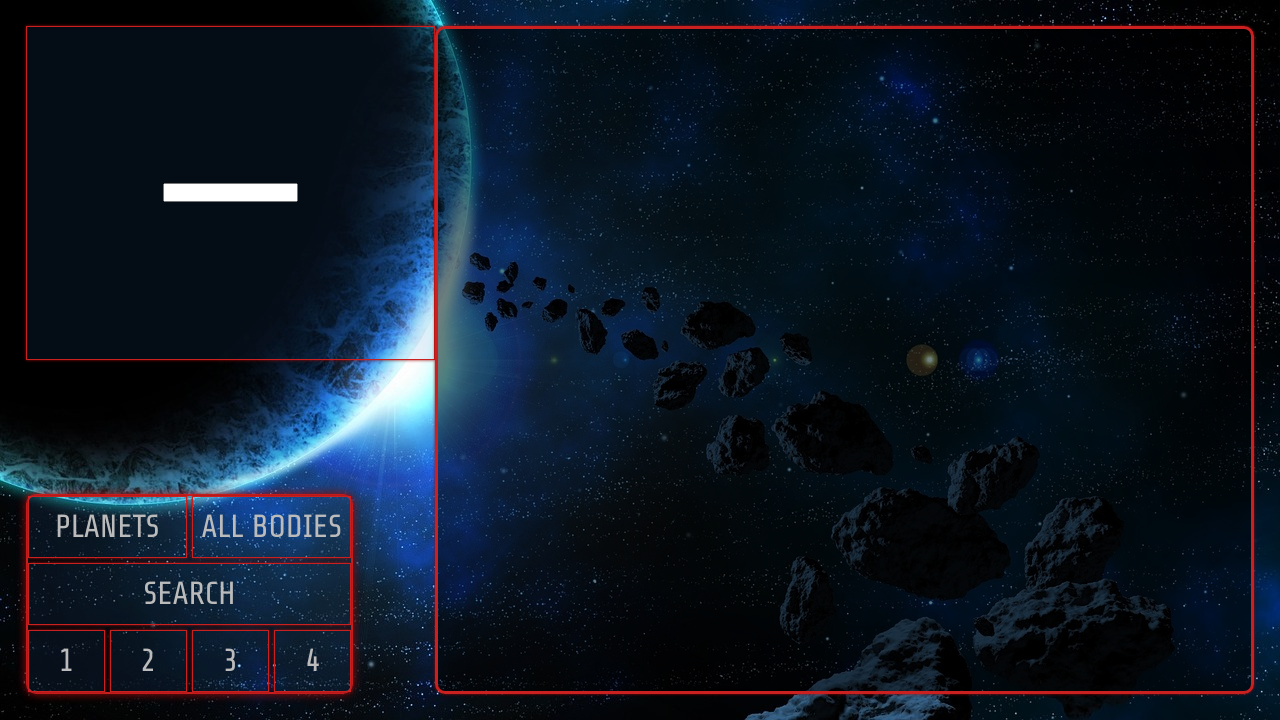
Repository: Przemek-Szadkowski/space-bodies
Page: /
These files come from the project's save history. The page is drawn as it stood at one moment and after the next save; the edit follows.
The browser window is 1280 px wide. The pictures show the whole page.
The page's requests for data from a server got no answer. The project was rebuilt for these pictures with package versions that can differ from the ones it lists, and the page was loaded fresh each time. No one was signed in, and anything a server would have sent is missing. Also part of the build but not shown: src/components/BodieRecord.js.

Above is the page before, as saved 2021-11-27 14:00:53.

After the next save:
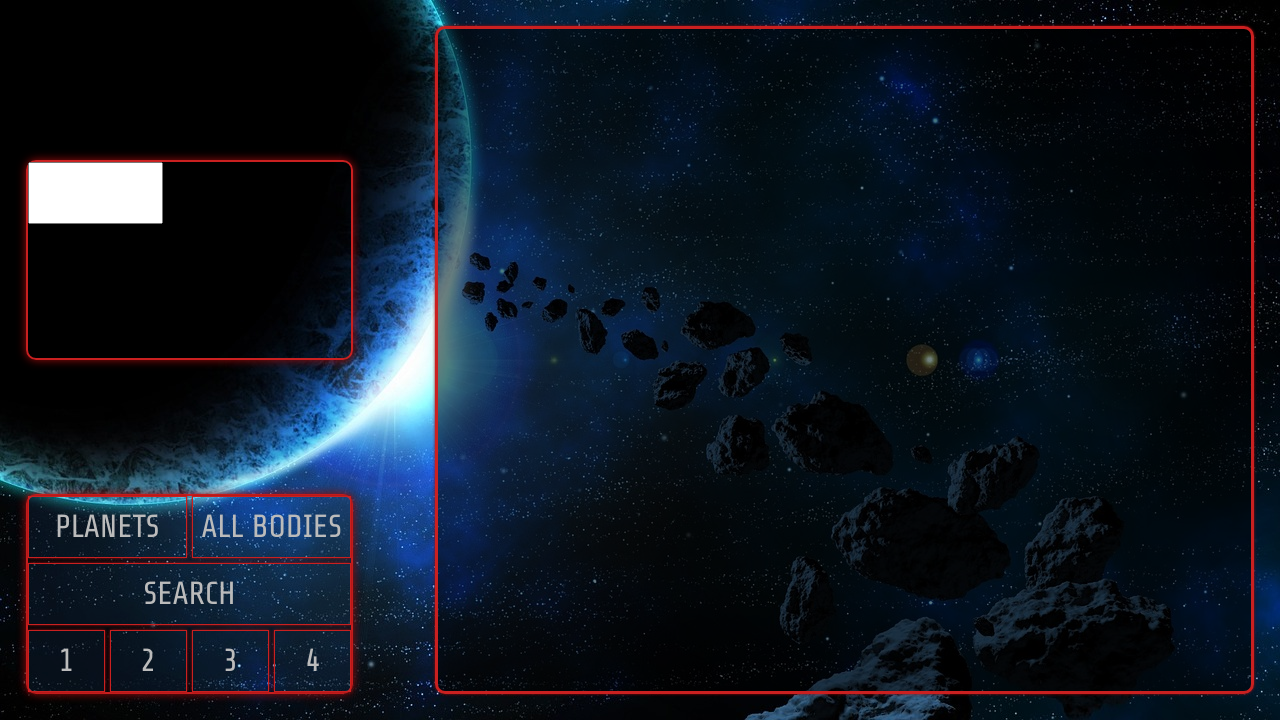
Saved 2 min 47 s later.
--- a/src/index.css
+++ b/src/index.css
@@ -43,8 +43,7 @@ main {
   box-shadow: 0 0 10px rgb(155, 11, 11);
 }
 
-.dashboard__btn,
-.search {
+.dashboard__btn {
   display: flex;
   justify-content: center;
   align-items: center;
@@ -147,4 +146,17 @@ main {
 /*** SEARCH INPUT ***/
 
 .search {
+  display: grid;
+  grid-template-columns: repeat(4, 1fr);
+  grid-template-rows: repeat(3, 1fr);
+  column-gap: 5px;
+  row-gap: 5px;
+  align-self: end;
+  justify-self: start;
+  grid-area: 1/1/2/2;
+  height: 200px;
+  width: 80%;
+  border: 2px solid rgb(202, 32, 32);
+  border-radius: 10px;
+  box-shadow: 0 0 10px rgb(155, 11, 11);
 }
